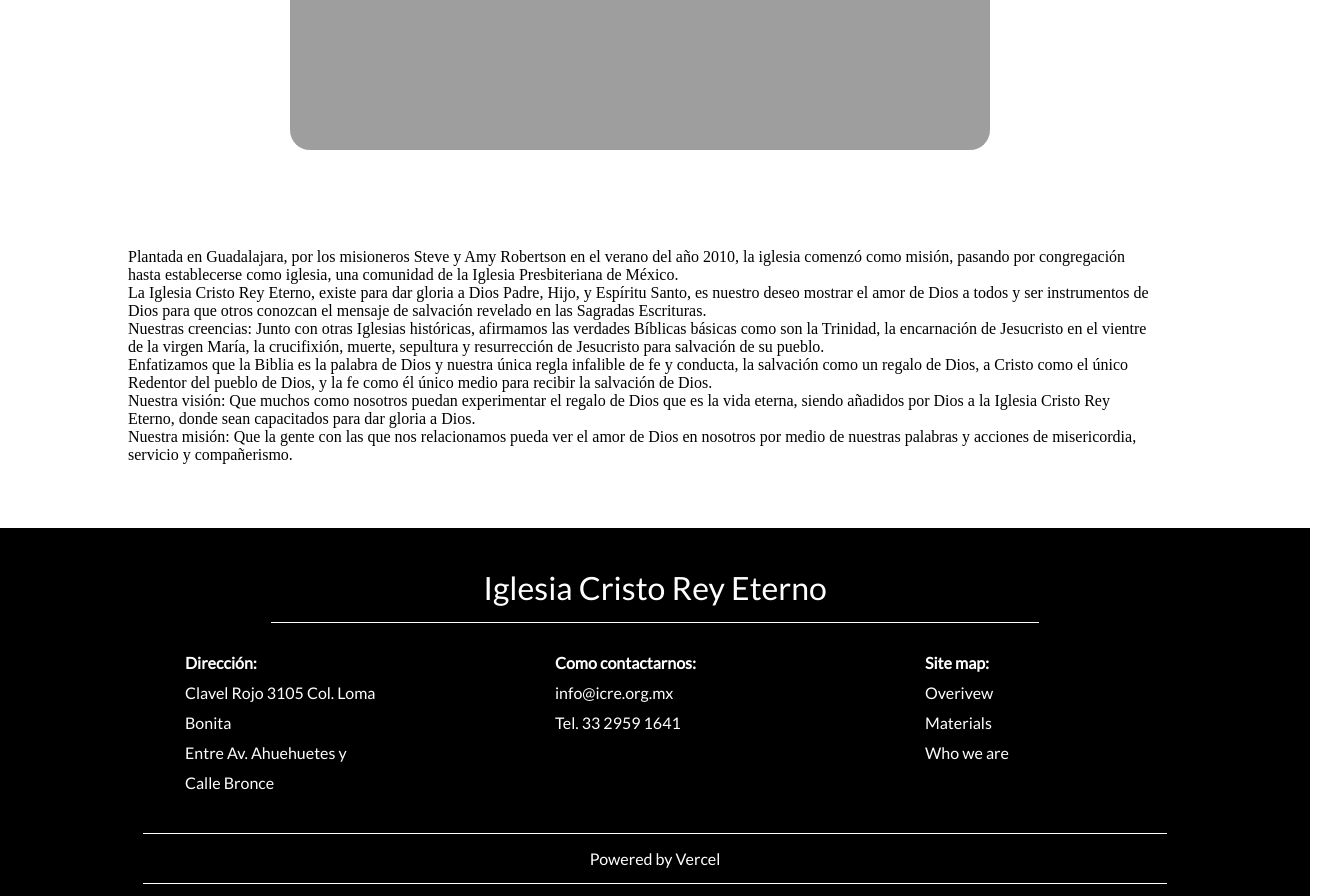
Repository: programmer686/Third-times-a-charm
Page: /About
These files come from the project's save history. The page is drawn as it stood at one moment and after the next save; the edit follows.
The browser window is 1280 px wide. The page is 1340 px wide, so the pictures cover 1340 px, including what lies to the right of the window. The pictures show the part of the page from y = 381 to 1277 px (the page is 1305 px tall before and 1317 px after).
Pictures or frames that could not be fetched are drawn as grey boxes. The project was rebuilt for these pictures with package versions that can differ from the ones it lists, and the page was loaded fresh each time. The framework's server and built-in components were replaced by stand-ins that run in the browser. Also part of the build but not shown: next.config.js, src/styles/Layout.module.css.

Above is the page before, as saved 2023-04-28 20:09:49.

### src/pages/_app.tsx
import '@/styles/globals.css'
import type { AppProps } from 'next/app'
import Layout from '@/comps/Layout'

export default function App({ Component, pageProps }: AppProps) {
  return (

    <Layout>
      <Component {...pageProps} />
    </Layout>
  )
}

### src/pages/About.tsx
import Image from 'next/image'
import { Inter } from 'next/font/google'
import styles from "@/styles/About.module.css"

export default function About() {
  return (
    <main className={styles.about__container}>
      <h1 className={styles.about_us__page_title}>Our History</h1>
      <div className={styles.about_us__section1}>
          <iframe className={styles.about_us__video} width="700" height="330" src="https://www.youtube.com/embed/nHbjY5i7Fao" title="YouTube video player" allow="accelerometer; autoplay; clipboard-write; encrypted-media; gyroscope; picture-in-picture; web-share"></iframe>
      </div>
      <div className={styles.about_us__section2}>
        <p>Plantada en Guadalajara, por los misioneros Steve y Amy Robertson en el verano del a&ntilde;o 2010, la iglesia comenz&oacute; como misi&oacute;n, pasando por congregaci&oacute;n hasta establecerse como iglesia, una comunidad de la Iglesia Presbiteriana de M&eacute;xico.</p>
        <p>La Iglesia Cristo Rey Eterno, existe para dar gloria a Dios Padre, Hijo, y Esp&iacute;ritu Santo, es nuestro deseo mostrar el amor de Dios a todos y ser instrumentos de Dios para que otros conozcan el mensaje de salvaci&oacute;n revelado en las Sagradas Escrituras.</p><p>Nuestras creencias: Junto con otras Iglesias hist&oacute;ricas, afirmamos las verdades B&iacute;blicas b&aacute;sicas como son la Trinidad, la encarnaci&oacute;n de Jesucristo en el vientre de la virgen Mar&iacute;a, la crucifixi&oacute;n, muerte, sepultura y resurrecci&oacute;n de Jesucristo para salvaci&oacute;n de su pueblo.</p>
        <p>Enfatizamos que la Biblia es la palabra de Dios y nuestra &uacute;nica regla infalible de fe y conducta, la salvaci&oacute;n como un regalo de Dios, a Cristo como el &uacute;nico Redentor del pueblo de Dios, y la fe como &eacute;l &uacute;nico medio para recibir la salvaci&oacute;n de Dios.</p>
        <p>Nuestra visi&oacute;n: Que muchos como nosotros puedan experimentar el regalo de Dios que es la vida eterna, siendo a&ntilde;adidos por Dios a la Iglesia Cristo Rey Eterno, donde sean capacitados para dar gloria a Dios.</p>
        <p>Nuestra misi&oacute;n: Que la gente con las que nos relacionamos pueda ver el amor de Dios en nosotros por medio de nuestras palabras y acciones de misericordia, servicio y compa&ntilde;erismo.</p>
      </div>


    </main>
  )
}

### src/comps/Layout.js
import Footer from "./Footer/Footer";
import Navbar from "./Header/Navbar";
import styles from '@/styles/Layout.module.css'
const Layout = ( {children} ) => {
    return (
      <>
        <Navbar />
        <main>{children}</main>
        <Footer />
      </>
    )
  }

  export default Layout

### src/styles/About.module.css
@import url('https://fonts.googleapis.com/css2?family=Rubik:wght@300&display=swap');
@import url('https://fonts.googleapis.com/css2?family=Lato:ital,wght@0,400;1,100&family=Rubik:wght@300&display=swap');


.about__container {
    height: fit-content;
    display: flex;
    flex-direction: column;
    justify-content: center;
    align-items: center;
}

.about__history_text {
    padding: 10px 45px;
    margin-top: 40px;
    line-height: 30px;
    font-family: 'Rubik', sans-serif;

}

.about_us__page_title {
    font-family: 'Lato', sans-serif;
    align-self: flex-start;
    font-size: 2rem;
    padding: 10px 30px;
}

.about_us__section1 {
    padding: 30px 40px;
}

.about_us__section2 {
    display: flex;
    flex-direction: column;
    align-items: center;
    padding: 5% 10%;
}

.about_us__video {
    border: none;
    border-radius: 20px;

}

.about_us__section2 p {
    color: black;
}

### src/comps/Footer/Footer.tsx
import styles from '@/styles/Footer.module.css'
import Link from 'next/link'

export default function Footer() {
    return (
        <footer className={styles.footer_container}>
            <p className={styles.footer_logo}>Iglesia Cristo Rey Eterno</p>
            <div className={styles.footer_info__container}>
                <div className={styles.footer_info__box}>
                    <p className={styles.footer_info__text}>
                        <strong>Dirección:</strong><br/>
                        Clavel Rojo 3105 Col. Loma Bonita<br/>
                        Entre Av. Ahuehuetes y Calle Bronce<br/>
                    </p>
                </div>
                <div className={styles.footer_info__box}>
                    <p className={styles.footer_info__text}>
                        <strong>Como contactarnos:</strong><br/>
                        <a href="malito:info@icre.org.mx" className={styles.footer__email}>info@icre.org.mx</a><br/>
                        Tel. 33 2959 1641 <br/>
                    </p>
                </div>
                <div className={styles.footer_info__box}>
                    <p className={styles.footer_info__text}>
                        <strong>Site map:</strong><br/>
                        <Link href="/" className={styles.footer__nav_link}>Overivew</Link><br/>
                        <Link href="/Materials" className={styles.footer__nav_link}>Materials</Link><br/>
                        <Link href="/About" className={styles.footer__nav_link}>Who we are</Link><br/>
                    </p>
                </div>
            </div>
            <div className={styles.footer_createdBy_footer}>
                <p className={styles.footer_powered_by}>Powered by Vercel</p>
            </div>
        </footer>
    )
}

### src/comps/Header/Navbar.tsx
import Link from "next/link";
import styles from "@/styles/Navbar.module.css"
import Logo from "../Logo";
export default function Navbar() {
    return (
            <nav className={styles.nav_container}>
                <Logo/>
                    <ul className={styles.nav_link__container}>
                        <li className={styles.nav_link_li}>
                            <Link href="/" className={styles.nav_link_link}>
                                Overview
                            </Link>
                        </li>
                        <li className={styles.nav_link_li}>
                            <Link href="/Materials" className={styles.nav_link_link}>
                                Materials
                            </Link>
                        </li>
                        <li className={styles.nav_link_li}>
                            <Link href="/About" className={styles.nav_link_link}>
                                Who we Are
                            </Link>
                        </li>
                    </ul>
            </nav>
    )
}

### src/styles/Footer.module.css
@import url('https://fonts.googleapis.com/css2?family=Lato:ital,wght@0,400;1,100&family=Rubik:wght@300&display=swap');



.footer_container {
    width: 100%;
    position: absolute;
    background-color: black;
    margin: 0;
    padding: 40px 15px;
    display: flex;
    flex-direction: column;
    align-items: center;

}

.footer_info__container {
    width: 100%;
    padding: 5px 0px;
    display: flex;
    justify-content: space-evenly;
    margin: 20px 0;
}

.footer_info__box {
    width: 200px;

}

.footer_logo {
    width: 60%;
    font-size: 2rem;
    font-family: 'Lato', sans-serif;
    text-align: center;
    color: white;
    padding-bottom: 15px;
    border-bottom: 1px solid white;
}

.footer_info__text {
    color: white;
    font-family: 'Lato', sans-serif;
    padding-bottom: 8px;
    margin-bottom: 2px;
    line-height: 30px;
}

.footer_createdBy_footer {
    width: 80vw;
    text-align: center;
    font-family: 'Lato', sans-serif;
    border-top: 1px solid white;
    border-bottom: 1px solid white;
}

.footer_powered_by {
    color: white;
    margin: 15px;
    font-family: 'Lato', sans-serif;
    font-weight: lighter;
}

@media (max-width: 600px) {
    .footer_info__container {
        flex-direction: column;
        align-items: center;
    }

    .footer_info__box {
        width: 60%;
        margin-bottom: 30px;
        text-align: center;
    }
}

.footer__nav_link, .footer__email {
    text-decoration: none;
    color: white;
}

### src/styles/Navbar.module.css
@import url('https://fonts.googleapis.com/css2?family=Rubik:wght@300&display=swap');

.nav_container {
    width: 100%;
    padding: 25px 30px;
    margin: 0;
    display: flex;
    justify-content: space-around;
    align-items: center;
}

.nav_link__container {
    width: 40%;
    display: flex;
    justify-content: space-evenly;
    padding: 20px 0px;
    text-decoration: none;
}

.nav_link_li {

    list-style: none;
}

.nav_link_link {
    text-decoration: none;
    color: black;
    font-weight: bolder;
    font-size: 18px;
    font-family: 'Rubik', sans-serif;
}

### src/comps/Logo.tsx
import styles from "@/styles/Logo.module.css"

export default function Logo() {
    return (
        <main className={styles.logo_container}>
            <h1 className={styles.logo_icre_logo}>ICRE</h1>
        </main>
    )
}

### src/styles/Logo.module.css
@import url('https://fonts.googleapis.com/css2?family=Montserrat:ital,wght@1,600&family=Overpass:wght@400;500&display=swap');


.logo_conteinr, .logo_icre_logo, .logo_icre_fullname {
    padding: 0;
    margin: 2px 0;
}

.logo_icre_logo {
    color: black;
    font-size: 2.5rem;
    font-family: 'Overpass', sans-serif;
}

Loaded but not shown: src/pages/_document.tsx (common file); src/styles/globals.css (common file)

After the next save:
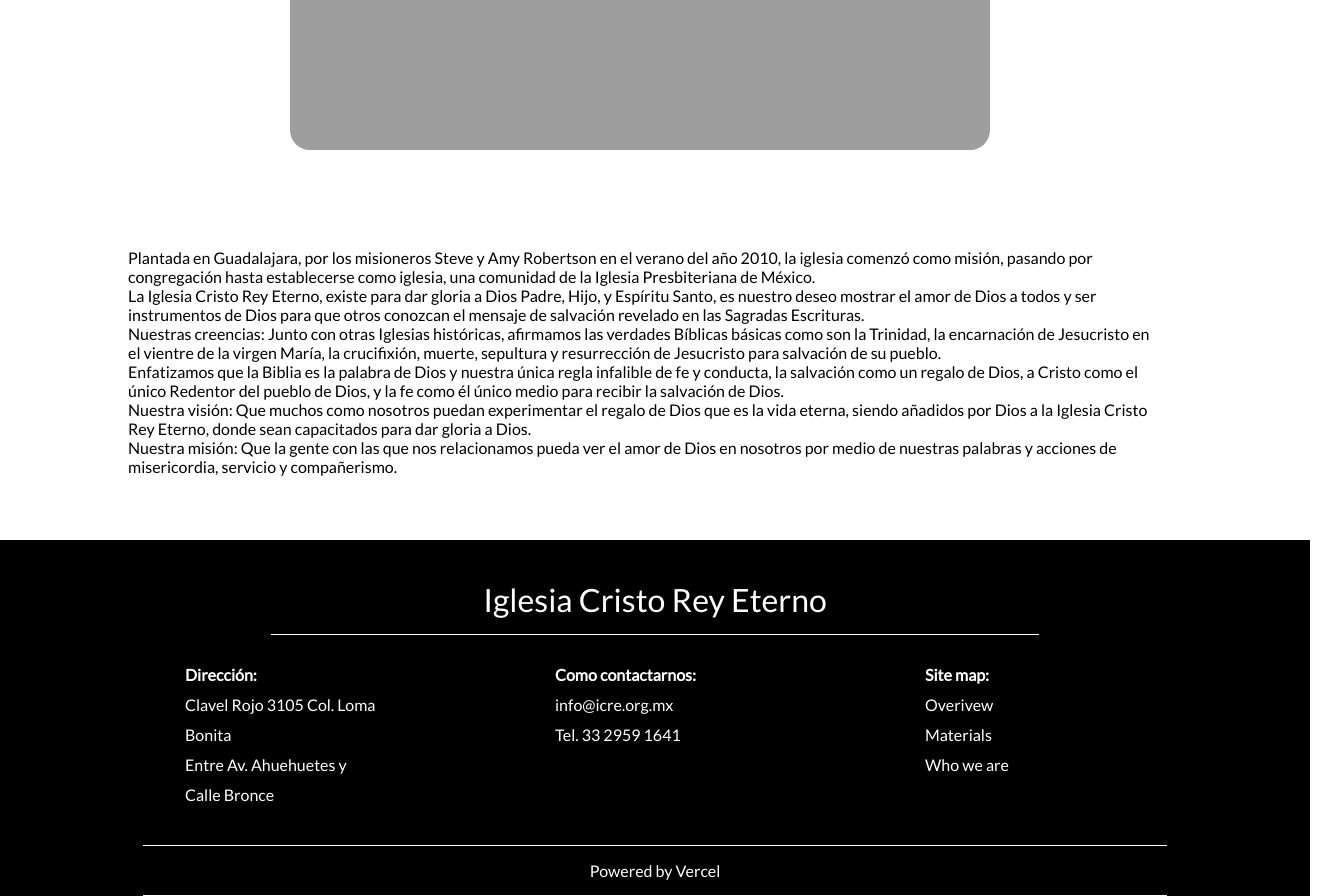
Saved 26 s later.
--- a/src/styles/About.module.css
+++ b/src/styles/About.module.css
@@ -43,5 +43,5 @@
 }
 
 .about_us__section2 p {
-    color: black;
+    font-family: 'Lato', sans-serif;
 }
